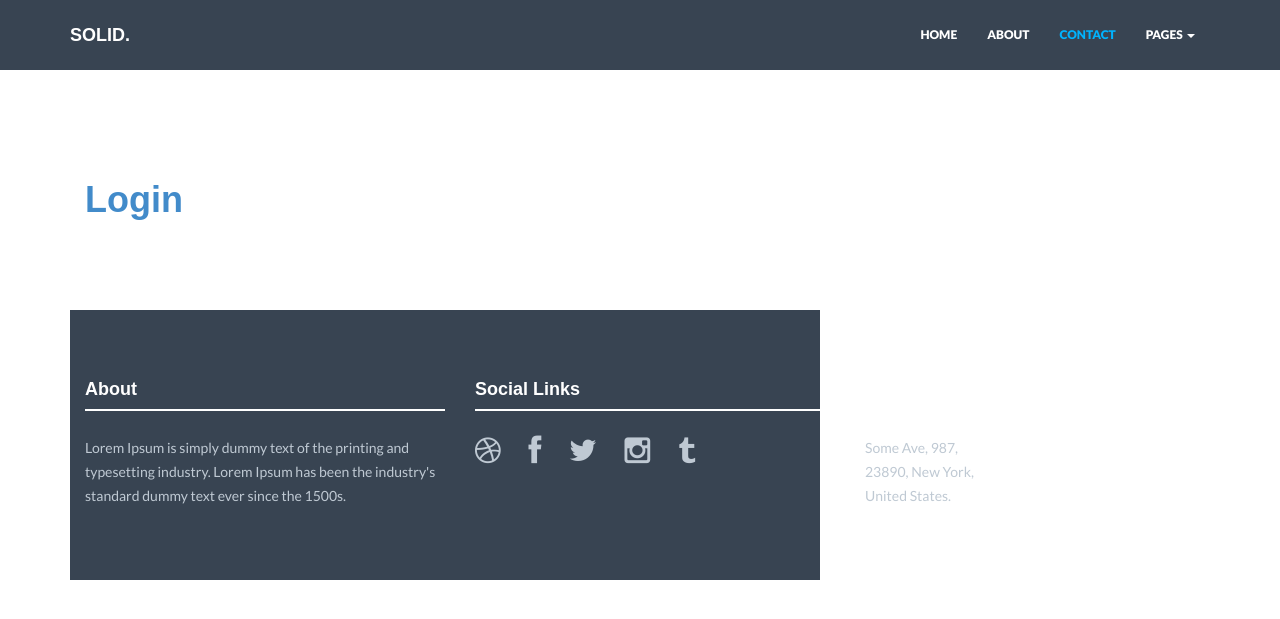
Repository: RedOx98/eclipse-workspace
Page: http://localhost/Sessions/
An editor plug-in stored every save of this project. The page is shown before and after the next save, followed by the edit.
The browser window is 1280 px wide. The pictures show the whole page.
Some web fonts or font styles are not loaded; a fallback is used. Some web libraries are served in a nearby version. The page is served by Tomcat 10. Other server files are loaded and not shown.

Above is the page before, as saved 2024-05-23 10:27:38.

### Sessions/src/main/webapp/index.jsp


<jsp:include page="include/header.jsp"/>





<a href="<%=request.getContextPath()%>/SiteController?action=login"><h1> Login</h1></a>



<jsp:include page="include/footer.jsp"/>

### Sessions/src/main/webapp/include/header.jsp
<!DOCTYPE html>
<html lang="en">
  <head>
    <meta charset="utf-8">
    <meta http-equiv="X-UA-Compatible" content="IE=edge">
    <meta name="viewport" content="width=device-width, initial-scale=1">
    <meta name="description" content="">
    <meta name="author" content="">
    <link rel="shortcut icon" href="assets/ico/favicon.ico">

    <title>SOLID - Bootstrap 3 Theme</title>

    <!-- Bootstrap core CSS -->
    <link href="assets/css/bootstrap.css" rel="stylesheet">

    <!-- Custom styles for this template -->
    <link href="assets/css/style.css" rel="stylesheet">
    <link href="assets/css/font-awesome.min.css" rel="stylesheet">


    <!-- Just for debugging purposes. Don't actually copy this line! -->
    <!--[if lt IE 9]><script src="../../assets/js/ie8-responsive-file-warning.js"></script><![endif]-->

    <!-- HTML5 shim and Respond.js IE8 support of HTML5 elements and media queries -->
    <!--[if lt IE 9]>
      <script src="https://oss.maxcdn.com/libs/html5shiv/3.7.0/html5shiv.js"></script>
      <script src="https://oss.maxcdn.com/libs/respond.js/1.4.2/respond.min.js"></script>
    <![endif]-->

    <script src="assets/js/modernizr.js"></script>
  </head>

  <body>

    <!-- Fixed navbar -->
    <div class="navbar navbar-default navbar-fixed-top" role="navigation">
      <div class="container">
        <div class="navbar-header">
          <button type="button" class="navbar-toggle" data-toggle="collapse" data-target=".navbar-collapse">
            <span class="sr-only">Toggle navigation</span>
            <span class="icon-bar"></span>
            <span class="icon-bar"></span>
            <span class="icon-bar"></span>
          </button>
          <a class="navbar-brand" href="index.html">SOLID.</a>
        </div>
        <div class="navbar-collapse collapse navbar-right">
          <ul class="nav navbar-nav">
            <li><a href="index.html">HOME</a></li>
            <li><a href="about.html">ABOUT</a></li>
            <li class="active"><a href="contact.html">CONTACT</a></li>
            <li class="dropdown">
              <a href="#" class="dropdown-toggle" data-toggle="dropdown">PAGES <b class="caret"></b></a>
              <ul class="dropdown-menu">
                <li><a href="blog.html">BLOG</a></li>
                <li><a href="single-post.html">SINGLE POST</a></li>
                <li><a href="portfolio.html">PORTFOLIO</a></li>
                <li><a href="single-project.html">SINGLE PROJECT</a></li>
              </ul>
            </li>
          </ul>
        </div><!--/.nav-collapse -->
      </div>
    </div>




	 <div class="container mtb">
	 	<div class="row">
	 		<div class="col-lg-8">

                <!DOCTYPE html>
<html lang="en">
  <head>
    <meta charset="utf-8">
    <meta http-equiv="X-UA-Compatible" content="IE=edge">
    <meta name="viewport" content="width=device-width, initial-scale=1">
    <meta name="description" content="">
    <meta name="author" content="">
    <link rel="shortcut icon" href="assets/ico/favicon.ico">

    <title>SOLID - Bootstrap 3 Theme</title>

    <!-- Bootstrap core CSS -->
    <link href="assets/css/bootstrap.css" rel="stylesheet">

    <!-- Custom styles for this template -->
    <link href="assets/css/style.css" rel="stylesheet">
    <link href="assets/css/font-awesome.min.css" rel="stylesheet">


    <!-- Just for debugging purposes. Don't actually copy this line! -->
    <!--[if lt IE 9]><script src="../../assets/js/ie8-responsive-file-warning.js"></script><![endif]-->

    <!-- HTML5 shim and Respond.js IE8 support of HTML5 elements and media queries -->
    <!--[if lt IE 9]>
      <script src="https://oss.maxcdn.com/libs/html5shiv/3.7.0/html5shiv.js"></script>
      <script src="https://oss.maxcdn.com/libs/respond.js/1.4.2/respond.min.js"></script>
    <![endif]-->

    <script src="assets/js/modernizr.js"></script>
  </head>

  <body>

    <!-- Fixed navbar -->
    <div class="navbar navbar-default navbar-fixed-top" role="navigation">
      <div class="container">
        <div class="navbar-header">
          <button type="button" class="navbar-toggle" data-toggle="collapse" data-target=".navbar-collapse">
            <span class="sr-only">Toggle navigation</span>
            <span class="icon-bar"></span>
            <span class="icon-bar"></span>
            <span class="icon-bar"></span>
          </button>
          <a class="navbar-brand" href="index.html">SOLID.</a>
        </div>
        <div class="navbar-collapse collapse navbar-right">
          <ul class="nav navbar-nav">
            <li><a href="index.html">HOME</a></li>
            <li><a href="about.html">ABOUT</a></li>
            <li class="active"><a href="contact.html">CONTACT</a></li>
            <li class="dropdown">
              <a href="#" class="dropdown-toggle" data-toggle="dropdown">PAGES <b class="caret"></b></a>
              <ul class="dropdown-menu">
                <li><a href="blog.html">BLOG</a></li>
                <li><a href="single-post.html">SINGLE POST</a></li>
                <li><a href="portfolio.html">PORTFOLIO</a></li>
                <li><a href="single-project.html">SINGLE PROJECT</a></li>
              </ul>
            </li>
          </ul>
        </div><!--/.nav-collapse -->
      </div>
    </div>




	 <div class="container mtb">
	 	<div class="row">
	 		<div class="col-lg-8">

### Sessions/src/main/webapp/include/footer.jsp
</div>
</div>
</div>










           <!-- *****************************************************************************************************************
	 FOOTER
	 ***************************************************************************************************************** -->
	 <div id="footerwrap">
        <div class="container">
            <div class="row">
                <div class="col-lg-4">
                    <h4>About</h4>
                    <div class="hline-w"></div>
                    <p>Lorem Ipsum is simply dummy text of the printing and typesetting industry. Lorem Ipsum has been the industry's standard dummy text ever since the 1500s.</p>
                </div>
                <div class="col-lg-4">
                    <h4>Social Links</h4>
                    <div class="hline-w"></div>
                    <p>
                        <a href="#"><i class="fa fa-dribbble"></i></a>
                        <a href="#"><i class="fa fa-facebook"></i></a>
                        <a href="#"><i class="fa fa-twitter"></i></a>
                        <a href="#"><i class="fa fa-instagram"></i></a>
                        <a href="#"><i class="fa fa-tumblr"></i></a>
                    </p>
                </div>
                <div class="col-lg-4">
                    <h4>Our Bunker</h4>
                    <div class="hline-w"></div>
                    <p>
                        Some Ave, 987,<br/>
                        23890, New York,<br/>
                        United States.<br/>
                    </p>
                </div>

            </div><! --/row -->
        </div><! --/container -->
    </div><! --/footerwrap -->

   <!-- Bootstrap core JavaScript
   ================================================== -->
   <!-- Placed at the end of the document so the pages load faster -->
   <script src="https://ajax.googleapis.com/ajax/libs/jquery/1.11.0/jquery.min.js"></script>
   <script src="assets/js/bootstrap.min.js"></script>
   <script src="assets/js/retina-1.1.0.js"></script>
   <script src="assets/js/jquery.hoverdir.js"></script>
   <script src="assets/js/jquery.hoverex.min.js"></script>
   <script src="assets/js/jquery.prettyPhoto.js"></script>
     <script src="assets/js/jquery.isotope.min.js"></script>
     <script src="assets/js/custom.js"></script>


 </body>
</html>

### Sessions/src/main/webapp/assets/css/style.css
/*	################################################################

	Author: Carlos Alvarez
	URL: http://alvarez.is

	Project Name: SOLID - Bootstrap 3 Theme
	Version: 1.0
	URL: http://alvarez.is

################################################################# */
@import url(http://fonts.googleapis.com/css?family=Raleway:400,700,900);
@import url(http://fonts.googleapis.com/css?family=Lato:400,900);
@import url("prettyPhoto.css") screen;
@import url("hoverex-all.css") screen;

/*	################################################################
	1. GENERAL STRUCTURES
################################################################# */
	* {
		margin: 0;
		padding: 0px;
	}

body {
	background: #ffffff;
	margin: 0;
	height: 100%;
	color: #384452;
	font-family: 'Lato', sans-serif;
	font-weight: 400;
	}

h1, h2, h3, h4, h5, h6 {
	font-family: 'Raleway', sans-serif;
	font-weight: 700;
}

p {
	padding: 0;
	margin-bottom: 12px;
	font-family: 'Lato', sans-serif;
	font-weight: 400;
	font-size: 14px;
	line-height: 24px;
	color: #384452;
	margin-top: 10px;
}

img {
	height: auto;
	max-width: 100%;
}

a {
	padding: 0;
	margin: 0;
	text-decoration: none;
	-webkit-transition: background-color .4s linear, color .4s linear;
	-moz-transition: background-color .4s linear, color .4s linear;
	-o-transition: background-color .4s linear, color .4s linear;
	-ms-transition: background-color .4s linear, color .4s linear;
	transition: background-color .4s linear, color .4s linear;
}
a:hover,
a:focus {
  text-decoration: none;
  color:#01b2fe;
}

::-moz-selection  {
	color: #fff;
	text-shadow:none;
	background:#2B2E31;
}
::selection {
	color: #fff;
	text-shadow:none;
	background:#2B2E31;
}

.centered {
	text-align: center
}

/*	################################################################
	BOOTSTRAP MODIFICATIONS & TWEAKS
################################################################# */
.navbar {
	min-height: 70px;
	padding-top: 10px;
	margin-bottom: 0px;
}

.navbar-brand {
	font-family: 'Raleway', sans-serif;
	font-weight: 900;
}

.navbar-header .navbar-brand {
	color: white;
}

.navbar-default .navbar-nav > li > a {
	color: white;
	font-weight: 700;
	font-size: 12px;
}

.navbar-default .navbar-nav > li > a:hover {
	color: #00b3fe;
}

.navbar-default .navbar-nav > .active > a, .navbar-default .navbar-nav > .active > a:hover, .navbar-default .navbar-nav > .active > a:focus {
	color: #00b3fe;
	background-color: transparent;
}

.navbar-default {
	background-color: #384452;
	border-color: transparent;
}

.dropdown-menu {
	background: #384452;
}

.dropdown-menu > li > a {
	color: white;
	font-weight: 700;
	font-size: 12px;
}

.btn-theme {
  color: #fff;
  background-color: #384452;
  border-color: #384452;
  margin: 4px;
}
.btn-theme:hover,
.btn-theme:focus,
.btn-theme:active,
.btn-theme.active,
.open .dropdown-toggle.btn-theme {
  color: #fff;
  background-color: #00b3fe;
  border-color: #00b3fe;
}

.dmbutton:hover,
.dmbutton:active,
.dmbutton:focus{
	color: #ffffff;
	background-color: #222222;
	border-color: #ffffff;
}
.dmbutton {
	background:rgba(0, 0, 0, 0);
	border: 1px solid #ffffff;
	color: #ffffff;
	-webkit-border-radius: 2px;
	border-radius: 2px;
	padding-top: 1.025rem;
	padding-right: 2.25rem;
	letter-spacing:0.85px;
	padding-bottom: 1.0875rem;
	padding-left: 2.25rem;
	font-size: 1.55rem;
	cursor: pointer;
	font-weight: normal;
	line-height: normal;
	margin: 0 0 1.25rem;
	text-decoration: none;
	text-align: center;
	display: inline-block;
	-webkit-transition: background-color 300ms ease-out;
	-moz-transition: background-color 300ms ease-out;
	transition: background-color 300ms ease-out;
	-webkit-appearance: none;
	font-weight: normal !important;
}

.mtb {
	margin-top: 80px;
	margin-bottom: 80px;
}

.mb {
	margin-bottom: 60px;
}

.mt {
	margin-top: 60px;
}

.hline {
	border-bottom: 2px solid #384452;
}

.hline-w {
	border-bottom: 2px solid #ffffff;
	margin-bottom: 25px;
}
/*	################################################################
	SITE WRAPS
################################################################# */

#headerwrap {
	background-color: #00b3fe;
	min-height: 550px;
	padding-top: 100px;
	padding-bottom: 0px;
	text-align: center;
}

#headerwrap h3, h5 {
	color: white;
	font-weight: 400;
}

#headerwrap h1 {
	color: white;
	margin-bottom: 25px;
}

#headerwrap .img-responsive {
	margin: 0 auto;
}

/* Services Wrap */
#service {
	margin-top: 100px;
	margin-bottom: 80px;
}

#service i {
	color: #00b3fe;
	font-size: 60px;
	padding: 15px;
}

/* Portfolio Wrap */
#portfoliowrap {
	padding-top: 60px;
	margin-bottom: 60px;
	display: block;
	text-align: center
}

#portfoliowrap h3 {
	margin-bottom: 25px;
}

.portfolio {
	padding:0 !important;
	margin:0 !important;
	display:block;
}


.portfolio-item .title:before {border-radius:0; display:none}
.portfolio-item p {margin:0px 0 30px;}
.portfolio-item h3 {margin:-10px 0 10px; font-size:16px; text-transform:uppercase;}


.tpl6 h3
{
	color:#fff;
	margin:0;
	padding:40px 5px 0;
	font-size:16px;
	text-transform:uppercase;
}
.tpl6 .dmbutton
{
	display:inline-block;
	margin:30px 5px 20px 5px;
	font-size:13px;
}

.tpl6 .bg
{
	height:100%;
	width:100%;
	background-color:#00b3fe;
	background-color:rgba(0,179,254,.9);
	text-align:center;
}

/* Testimonials Wrap */
#twrap {
	background: url(../img/t-back.jpg) no-repeat center top;
	margin-top: 0px;
	padding-top:60px;
	text-align:center;
	background-attachment: relative;
	background-position: center center;
	min-height: 450px;
	width: 100%;

    -webkit-background-size: 100%;
    -moz-background-size: 100%;
    -o-background-size: 100%;
    background-size: 100%;

    -webkit-background-size: cover;
    -moz-background-size: cover;
    -o-background-size: cover;
    background-size: cover;
}

#twrap i {
	font-size: 50px;
	color: white;
	margin-bottom: 25px;
}

#twrap p {
	color: white;
	font-size: 15px;
	line-height: 30px;
}

/* clients logo */
#cwrap {
	background: #f7f7f7;
	margin-top: 0px;
	padding-top: 80px;
	padding-bottom: 100px;
}

#cwrap h3 {
	margin-bottom: 60px;
}

/* Footer */
#footerwrap {
	padding-top: 60px;
	padding-bottom: 60px;
	background: #384452;
}

#footerwrap p {
	color: #bfc9d3;
}

#footerwrap h4 {
	color: white;
}

#footerwrap i {
	font-size: 30px;
	color: #bfc9d3;
	padding-right: 25px;
}

#footerwrap i:hover {
	color: #00b3fe
}

/*	################################################################
	PAGE CONFIGURATIONS
################################################################# */
/* General Tweaks */

#blue {
	background: #00b3fe;
	margin-top: 60px;
	margin-bottom: 60px;
	padding-top: 25px;
	padding-bottom: 25px;
}

#blue h3 {
	color: white;
	margin-left: 15px;
}

.ctitle {
	color: #00b3fe;
	font-weight: 700;
	margin-bottom: 15px;
}

csmall {
	font-size: 12px;
	color: #b3b3b3;
}
csmall2 {
	font-size: 12px;
	color: #f39c12
}

.spacing {
	margin-top: 40px;
	margin-bottom: 40px;
}

.badge-theme {
	background: #00b3fe;
}

/* Contact Page */
#contactwrap {
	background: url(../img/contact.jpg) no-repeat center top;
	margin-top: -60px;
	padding-top:0px;
	text-align:center;
	background-attachment: relative;
	background-position: center center;
	min-height: 400px;
	width: 100%;

    -webkit-background-size: 100%;
    -moz-background-size: 100%;
    -o-background-size: 100%;
    background-size: 100%;

    -webkit-background-size: cover;
    -moz-background-size: cover;
    -o-background-size: cover;
    background-size: cover;
}

/* Blog Page */
.popular-posts {
	margin: 0px;
	padding-left: 0px;
	}

.popular-posts li {
	list-style: none;
	margin-bottom: 20px;
	min-height: 70px;
}
.popular-posts li a,
.popular-posts li a:hover {
	color:#2f2f2f;
	text-decoration: none;
	}

.popular-posts li img {
	float: left;
	margin-right: 20px;
	}

.popular-posts li em {
	font-family: 'Lato', sans-serif;
	font-size: 12px;
	color: #b3b3b3
	}

.popular-posts p {
	line-height: normal;
	margin-bottom: auto;
}

.share i {
	padding-right: 15px;
	font-size: 18px;
}

Loaded but not shown: Sessions/src/main/webapp/assets/css/bootstrap.css (library); Sessions/src/main/webapp/assets/css/font-awesome.min.css (library); Sessions/src/main/webapp/assets/js/bootstrap.min.js (library); Sessions/src/main/webapp/assets/js/jquery.hoverdir.js (library); Sessions/src/main/webapp/assets/js/jquery.hoverex.min.js (library); Sessions/src/main/webapp/assets/js/jquery.prettyPhoto.js (library); Sessions/src/main/webapp/assets/js/jquery.isotope.min.js (library); Sessions/src/main/webapp/assets/js/custom.js (common file); Sessions/src/main/webapp/assets/js/retina-1.1.0.js (151 lines, source omitted); Sessions/src/main/webapp/assets/css/hoverex-all.css (2838 lines, source omitted); Sessions/src/main/webapp/assets/css/prettyPhoto.css (170 lines, source omitted)

After the next save:
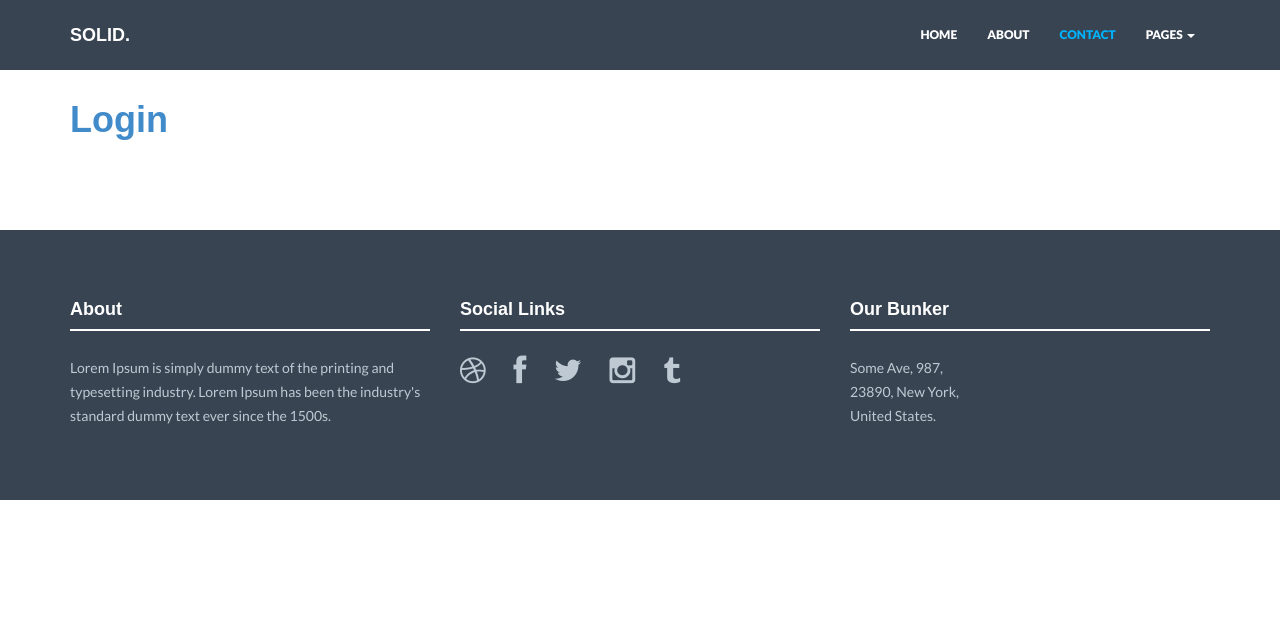
Saved 30 s later.
--- a/Sessions/src/main/webapp/include/header.jsp
+++ b/Sessions/src/main/webapp/include/header.jsp
@@ -69,75 +69,3 @@
 	 <div class="container mtb">
 	 	<div class="row">
 	 		<div class="col-lg-8">
-
-                <!DOCTYPE html>
-<html lang="en">
-  <head>
-    <meta charset="utf-8">
-    <meta http-equiv="X-UA-Compatible" content="IE=edge">
-    <meta name="viewport" content="width=device-width, initial-scale=1">
-    <meta name="description" content="">
-    <meta name="author" content="">
-    <link rel="shortcut icon" href="assets/ico/favicon.ico">
-
-    <title>SOLID - Bootstrap 3 Theme</title>
-
-    <!-- Bootstrap core CSS -->
-    <link href="assets/css/bootstrap.css" rel="stylesheet">
-
-    <!-- Custom styles for this template -->
-    <link href="assets/css/style.css" rel="stylesheet">
-    <link href="assets/css/font-awesome.min.css" rel="stylesheet">
-
-
-    <!-- Just for debugging purposes. Don't actually copy this line! -->
-    <!--[if lt IE 9]><script src="../../assets/js/ie8-responsive-file-warning.js"></script><![endif]-->
-
-    <!-- HTML5 shim and Respond.js IE8 support of HTML5 elements and media queries -->
-    <!--[if lt IE 9]>
-      <script src="https://oss.maxcdn.com/libs/html5shiv/3.7.0/html5shiv.js"></script>
-      <script src="https://oss.maxcdn.com/libs/respond.js/1.4.2/respond.min.js"></script>
-    <![endif]-->
-
-    <script src="assets/js/modernizr.js"></script>
-  </head>
-
-  <body>
-
-    <!-- Fixed navbar -->
-    <div class="navbar navbar-default navbar-fixed-top" role="navigation">
-      <div class="container">
-        <div class="navbar-header">
-          <button type="button" class="navbar-toggle" data-toggle="collapse" data-target=".navbar-collapse">
-            <span class="sr-only">Toggle navigation</span>
-            <span class="icon-bar"></span>
-            <span class="icon-bar"></span>
-            <span class="icon-bar"></span>
-          </button>
-          <a class="navbar-brand" href="index.html">SOLID.</a>
-        </div>
-        <div class="navbar-collapse collapse navbar-right">
-          <ul class="nav navbar-nav">
-            <li><a href="index.html">HOME</a></li>
-            <li><a href="about.html">ABOUT</a></li>
-            <li class="active"><a href="contact.html">CONTACT</a></li>
-            <li class="dropdown">
-              <a href="#" class="dropdown-toggle" data-toggle="dropdown">PAGES <b class="caret"></b></a>
-              <ul class="dropdown-menu">
-                <li><a href="blog.html">BLOG</a></li>
-                <li><a href="single-post.html">SINGLE POST</a></li>
-                <li><a href="portfolio.html">PORTFOLIO</a></li>
-                <li><a href="single-project.html">SINGLE PROJECT</a></li>
-              </ul>
-            </li>
-          </ul>
-        </div><!--/.nav-collapse -->
-      </div>
-    </div>
-
-
-
-
-	 <div class="container mtb">
-	 	<div class="row">
-	 		<div class="col-lg-8">
